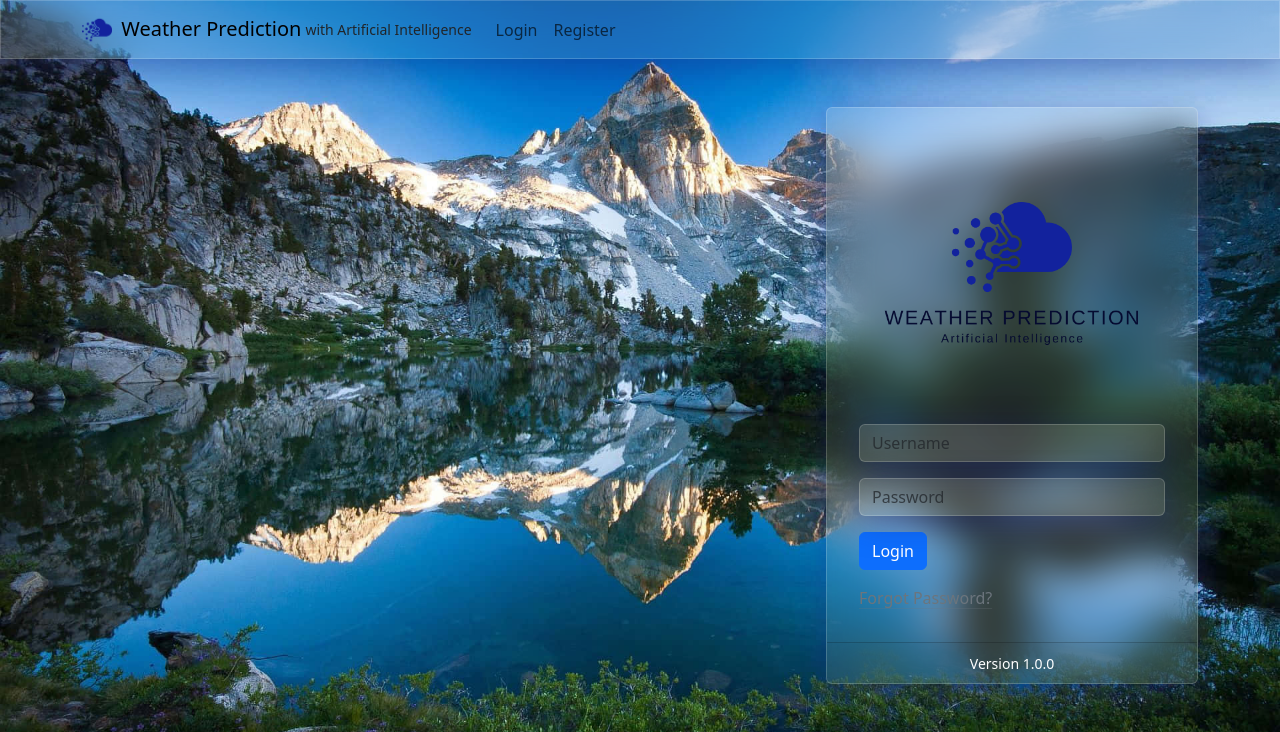
Repository: rustycoder/weather_prediction
Page: http://localhost/weather_admin/
An editor plug-in stored every save of this project. The page is shown before and after the next save, followed by the edit.
The browser window is 1280 px wide. The pictures show the whole page.
Backgrounds fixed to the window are drawn as part of the page. The page is served by the project's application, run on Django 5.2 (manage.py). Other server files are loaded and not shown.

Above is the page before, as saved 2025-03-03 19:36:09.

### weather_admin/templates/login.html
{% extends 'base.html' %}
{% load static %}
{% block content %}
<div class="col-md-4 offset-md-8">
    <div class="card my-5 glass">
        <div class="card-body">
            <div class="col-md-12 px-3">
                <img src="{% static 'images/logo_full.png' %}" class="rounded mx-auto d-block" width="300"
                    alt="Weather Prediction Logo">
                <form method="POST" action="{% url 'weather_admin_login' %}">
                    {% csrf_token %}
                    <div class="mb-3">
                        <input type="text" class="form-control glass" name="username" placeholder="Username" required>
                    </div>
                    <div class="mb-3">
                        <input type="password" class="form-control glass" name="password" placeholder="Password"
                            required>
                    </div>
                    <button type="submit" class="btn btn-primary">Login</button>
                    <div class="mb-3 mt-3">
                        <a href="{% url 'weather_admin_forgot_password' %}"
                            class="link-secondary link-offset-2 link-underline-opacity-25 link-underline-opacity-100-hover">Forgot
                            Password?</a>
                    </div>
                </form>
            </div>
        </div>
        <div class="card-footer text-body-secondary text-center">
            <small class="text-white">Version 1.0.0</small>
        </div>
    </div>
</div>
{% endblock %}

### weather_admin/templates/base.html
<!doctype html>
<html lang="en">

<head>
    <meta charset="utf-8">
    <meta name="viewport" content="width=device-width, initial-scale=1">
    <title>Weather Prediction</title>
    <link href="https://cdn.jsdelivr.net/npm/bootstrap@5.3.3/dist/css/bootstrap.min.css" rel="stylesheet"
        integrity="sha384-QWTKZyjpPEjISv5WaRU9OFeRpok6YctnYmDr5pNlyT2bRjXh0JMhjY6hW+ALEwIH" crossorigin="anonymous">
    {% load static %}
    <link rel="stylesheet" href="{% static 'css/style.css' %}" type="text/css">
    <link rel="icon" href="{% static 'images/logo_fav.ico' %}" type="image/x-icon">
</head>

<body class="beautiful_bg">
    {% include 'navbar.html' %}
    <div class="container">
        {% if messages %}
        {% for message in messages %}
        <div class="alert alert-warning alert-dismissible fade show mt-5" role="alert">
            <strong>Hey!</strong> {{message}}
            <button type="button" class="btn-close" data-bs-dismiss="alert" aria-label="Close"></button>
        </div>
        {% endfor %}
        {% endif %}
        {% block content %}
        {% endblock %}
    </div>
    <script src="https://cdn.jsdelivr.net/npm/bootstrap@5.3.3/dist/js/bootstrap.bundle.min.js"
        integrity="sha384-YvpcrYf0tY3lHB60NNkmXc5s9fDVZLESaAA55NDzOxhy9GkcIdslK1eN7N6jIeHz"
        crossorigin="anonymous"></script>
</body>

</html>

### weather_admin/templates/navbar.html
{% load static %}
<nav class="navbar navbar-expand-lg sticky-top glass">
    <div class="container">
        <a class="navbar-brand me-1" href="{% url 'weather_admin_dashboard' %}">
            <img src="{% static 'images/logo.png' %}" alt="Weather Prediction Logo" height="30"
                class="d-inline-block align-text-top me-1">
            Weather Prediction
        </a>
        <small class="fw-lighter mb-0 me-3 align-bottom">with Artificial Intelligence</small>
        <button class="navbar-toggler" type="button" data-bs-toggle="collapse" data-bs-target="#navbarSupportedContent"
            aria-controls="navbarSupportedContent" aria-expanded="false" aria-label="Toggle navigation">
            <span class="navbar-toggler-icon"></span>
        </button>
        <div class="collapse navbar-collapse" id="navbarSupportedContent">
            {% if user.is_authenticated %}
            <ul class="navbar-nav me-auto mb-2 mb-lg-0">
                <li class="nav-item"><a class="nav-link" href="{% url 'weather_admin_dashboard' %}">Dashboard</a></li>
                <li class="nav-item dropdown">
                    <a class="nav-link dropdown-toggle" href="#" role="button" data-bs-toggle="dropdown"
                        aria-expanded="false">
                        Weather
                    </a>
                    <ul class="dropdown-menu">
                        <li><a class="dropdown-item" href="{% url 'weather_admin_weather_realtime' %}">Realtime</a></li>
                        <li><a class="dropdown-item" href="{% url 'weather_admin_weather_forecast' %}">Forecast</a></li>
                        <li>
                            <hr class="dropdown-divider">
                        </li>
                        <li><a class="dropdown-item" href="{% url 'weather_admin_weather_prediction' %}">Prediction</a>
                        </li>
                    </ul>
                </li>
                <li class="nav-item dropdown">
                    <a class="nav-link dropdown-toggle" href="#" role="button" data-bs-toggle="dropdown"
                        aria-expanded="false">
                        Air Pollution
                    </a>
                    <ul class="dropdown-menu">
                        <li><a class="dropdown-item"
                                href="{% url 'weather_admin_air_pollution_realtime' %}">Realtime</a></li>
                        <li><a class="dropdown-item"
                                href="{% url 'weather_admin_air_pollution_forecast' %}">Forecast</a></li>
                    </ul>
                </li>
                <li class="nav-item"><a class="nav-link" href="{% url 'weather_admin_profile' %}">Profile</a></li>
                <li class="nav-item"><a class="nav-link" href="{% url 'weather_admin_logout' %}">Logout</a></li>
            </ul>
            <form class="d-flex" role="search" method="POST" , action="{% url 'weather_admin_search' %}">
                {% csrf_token %}
                <input class="form-control me-2" type="search" placeholder="City, State" aria-label="Search"
                    name="location">
                <button class="btn btn-outline-success" type="submit">Search</button>
            </form>
            {% else %}
            <ul class="navbar-nav me-auto mb-2 mb-lg-0">
                <li class="nav-item"><a class="nav-link" href="{% url 'weather_admin_login' %}">Login</a></li>
                <li class="nav-item"><a class="nav-link" href="{% url 'weather_admin_register' %}">Register</a></li>
            </ul>
            {% endif %}
        </div>
    </div>
</nav>

### weather_admin/views.py
from django.shortcuts import redirect, render
from django.template import loader
from django.http import HttpResponse
from django.contrib.auth import authenticate, login, logout
from django.contrib import messages
from django.core.mail import send_mail
from django.contrib.auth.models import User

from weather_prediction.settings import EMAIL_HOST_USER

from .service.OpenWeatherService import OpenWeatherService
from .service.WeatherPredictionService import WeatherPredictionService
from .forms import SignUpForm, ProfileForm
from .models import Profile

from loguru import logger

import random


def admin_dashboard(request):
    if request.user.is_authenticated:
        current_user = User.objects.get(username=request.user)
        current_profile = Profile.objects.get(user=current_user)

        open_weather_service = OpenWeatherService()
        weather_data, error_message = open_weather_service.current_weather_data(27.7172, 85.3240)
        logger.debug(weather_data)

        weather_prediction_service = WeatherPredictionService()
        temperature = weather_data['main']['temp']
        humidity = weather_data['main']['humidity']
        pressure = weather_data['main']['pressure']
        predicted_weather_main = weather_prediction_service.predict_weather_main(
            temperature=temperature,
            humidity=humidity,
            pressure=pressure
        )
        logger.debug(predicted_weather_main)

        open_weather_service = OpenWeatherService()
        air_pollution_data, error_message = open_weather_service.current_air_pollution_data(27.7172, 85.3240)
        logger.debug(air_pollution_data)

        return render(request, 'dashboard.html', {'current_user':current_user, 'current_profile':current_profile, 'weather_data':weather_data, 'air_pollution_data':air_pollution_data, 'predicted_weather_main':predicted_weather_main})
    else:
        return render(request, 'login.html', {})


def admin_search(request):
    if request.user.is_authenticated:
        if request.method == 'POST':
            location = request.POST['location']
            logger.debug(location)
            if len(location)!=0:
                logger.debug("Location found")
                open_weather_service = OpenWeatherService()
                weather_data, error_message = open_weather_service.current_weather_search(location=location)
                logger.debug(weather_data)
                messages.success(request, f"Weather overview for {location}.")
                return render(request, 'search.html', {'weather_data':weather_data, 'location':location})
            logg
        else:
            redirect('weather_admin_dashboard')

    return render(request, 'login.html', {})

def profile(request):
    if request.user.is_authenticated:
        current_user = User.objects.get(username=request.user)
        current_profile = Profile.objects.get(user=current_user)
        return render(request, 'profile.html', {'current_user':current_user, 'current_profile':current_profile})
    else:
        return render(request, 'login.html', {})



def weather_realtime(request):
    if request.user.is_authenticated:
        open_weather_service = OpenWeatherService()
        weather_data, error_message = open_weather_service.current_weather_data(27.7172, 85.3240)
        logger.debug(weather_data)
        return render(request, 'weather_realtime.html', {'weather_data':weather_data})
    else:
        return render(request, 'login.html', {})



def air_pollution_realtime(request):
    if request.user.is_authenticated:
        open_weather_service = OpenWeatherService()
        air_pollution_data, error_message = open_weather_service.current_air_pollution_data(27.7172, 85.3240)
        logger.debug(air_pollution_data)
        return render(request, 'air_pollution_realtime.html', {'air_pollution_data':air_pollution_data})
    else:
        return render(request, 'login.html', {})



def weather_forecast(request):
    if request.user.is_authenticated:
        open_weather_service = OpenWeatherService()
        weather_forecast, error_message = open_weather_service.five_day_weather_forecast(27.7172, 85.3240)
        logger.debug(weather_forecast)
        return render(request, 'weather_forecast.html', {'weather_forecast':weather_forecast})
    else:
        return render(request, 'login.html', {})



def air_pollution_forecast(request):
    if request.user.is_authenticated:
        open_weather_service = OpenWeatherService()
        air_pollution_forecast, error_message = open_weather_service.forecast_air_pollution_data(27.7172, 85.3240)
        logger.debug(air_pollution_forecast)
        return render(request, 'air_pollution_forecast.html', {'air_pollution_forecast':air_pollution_forecast})
    else:
        return render(request, 'login.html', {})



def weather_prediction(request):
    if request.user.is_authenticated:
        open_weather_service = OpenWeatherService()
        weather_data, error_message = open_weather_service.current_weather_data(27.7172, 85.3240)

        weather_prediction_service = WeatherPredictionService()
        temperature = weather_data['main']['temp']
        humidity = weather_data['main']['humidity']
        pressure = weather_data['main']['pressure']
        predicted_weather_main = weather_prediction_service.predict_weather_main(
            temperature=temperature,
            humidity=humidity,
            pressure=pressure
        )

        logger.debug(weather_data)
        return render(request, 'weather_prediction.html', {'temperature':temperature, 'humidity':humidity, 'pressure':pressure, 'predicted_weather_main':predicted_weather_main})
    else:
        return render(request, 'login.html', {})
''


def admin_login(request):
    if request.user.is_authenticated:
        messages.success(request, "You have been logged in.")
        return redirect('weather_admin_dashboard')
    else:
        if request.method == 'POST':
            username = request.POST['username']
            password = request.POST['password']
            user = authenticate(request=request, username=username, password=password)
            if user is not None:
                login(request, user)
                messages.success(request, "You have been logged in.")
                return redirect('weather_admin_dashboard')
            else:
                messages.success(request, "There was an error. Please, try again.")
                return render(request, 'login.html', {})
        else:
            return render(request, 'login.html', {})



def admin_register(request):
    if request.user.is_authenticated:
        messages.success(request, "You have been logged in.")
        return redirect('weather_admin_dashboard')
    else:
        if request.method == 'POST':
            form = SignUpForm(request.POST)
            if form.is_valid():
                form.save()
                # Authenticate and login
                username = form.cleaned_data['username']
                password = form.cleaned_data['password1']
                user = authenticate(username=username, password=password)
                logger.debug(user)
                login(request, user)
                current_user = User.objects.get(username=user)
                current_profile = Profile()
                logger.debug(current_profile)
                current_profile.otp = random.randint(1000000, 9999999)
                current_profile.user = current_user
                current_profile.save()
                messages.success(request, "You Have Successfully Registered! Welcome!")
                return redirect('weather_admin_dashboard')
        else:
            form = SignUpForm()
            return render(request, 'register.html', {'form':form})
    return render(request, 'register.html', {'form':form})



def profile_update(request):
    if request.user.is_authenticated:
        current_user = User.objects.get(username=request.user)
        current_profile = Profile.objects.get(user=current_user)
        if request.method == 'GET':
            form = ProfileForm(instance=current_profile)
            return render(request, 'profile_update.html', {'form':form})
        elif request.method == 'POST':
            form = ProfileForm(request.POST)
            if form.is_valid():
                current_profile.phone = form.cleaned_data['phone']
                current_profile.address = form.cleaned_data['address']
                current_profile.city = form.cleaned_data['city']
                current_profile.state = form.cleaned_data['state']
                current_profile.zipcode = form.cleaned_data['zipcode']
                current_profile.save()
                messages.success(request, "You Have Successfully Updated Your Profile.")
                return redirect('weather_admin_profile')
            else:
                return render(request, 'profile_update.html', {'form':form})
    else:
        return render(request, 'login.html', {})



def admin_logout(request):
    logout(request)
    messages.success(request, "You have logged out.")
    return redirect('weather_admin_login')



def admin_forgot_password(request):
    if request.user.is_authenticated:
        messages.success(request, "You have been logged in.")
        return redirect('weather_admin_dashboard')
    else:
        if request.method == 'POST':
            email = request.POST['email']
            if User.objects.filter(email=email).exists():
                # TODO Send Email
                user = User.objects.get(email=email)
                profile = Profile.objects.get(user=user)
                send_mail(
                    "Reset your password : Weather Prediction Application",
                    f"Hey {user}, want to reset password. Click on the link http://127.0.0.1:8000/weather_admin/reset_password?username={user}&otp={profile.otp}",
                    EMAIL_HOST_USER,
                    [email],
                    fail_silently=False,
                )
                messages.success(request, f"Reset password link has been sent to your {email}.")
                return render(request, 'forgot_password.html', {})
            else:
                messages.success(request, f"{email} does not exist.")
                return render(request, 'forgot_password.html', {})
        else:
            return render(request, 'forgot_password.html', {})



def admin_reset_password(request):
    if request.user.is_authenticated:
        messages.success(request, "You have been logged in.")
        return redirect('weather_admin_dashboard')
    else:
        if request.method == 'GET':
            username = request.GET['username']
            otp = request.GET['otp']
            return render(request, 'reset_password.html', {'username':username, 'otp':otp})
        elif request.method == 'POST':
            username = request.POST['username']
            otp = request.POST['otp']
            password1 = request.POST['password1']
            password2 = request.POST['password2']
            if password1 == password2:
                if User.objects.filter(username=username).exists():
                    db_user = User.objects.get(username=username)
                    db_profile = Profile.objects.get(user=db_user)
                    if db_profile.otp == otp:
                        db_user.set_password(password1)
                        db_user.save()
                        messages.success(request, f"Password has been reset. Try to login with new password")
                        return redirect('weather_admin_login')
                    else:
                        messages.success(request, f"Password do not match. Try again")
                        return render(request, 'reset_password.html', {'username':username, 'otp':otp})
            else:
                messages.success(request, f"Password do not match. Try again")
                return render(request, 'reset_password.html', {'username':username, 'otp':otp})
        else:
            return redirect('weather_admin_login')

### weather_prediction/urls.py
"""
URL configuration for weather_prediction project.

The `urlpatterns` list routes URLs to views. For more information please see:
    https://docs.djangoproject.com/en/5.1/topics/http/urls/
Examples:
Function views
    1. Add an import:  from my_app import views
    2. Add a URL to urlpatterns:  path('', views.home, name='home')
Class-based views
    1. Add an import:  from other_app.views import Home
    2. Add a URL to urlpatterns:  path('', Home.as_view(), name='home')
Including another URLconf
    1. Import the include() function: from django.urls import include, path
    2. Add a URL to urlpatterns:  path('blog/', include('blog.urls'))
"""
from django.contrib import admin
from django.urls import path, include

urlpatterns = [
    path('admin/', admin.site.urls),
    path('weather_admin/', include('weather_admin.urls')),
]

### weather_admin/urls.py
from django.urls import path
from . import views

urlpatterns = [
    path('', views.admin_dashboard, name='weather_admin_dashboard'),
    path('search', views.admin_search, name='weather_admin_search'),
    path('login', views.admin_login, name='weather_admin_login'),
    path('register', views.admin_register, name='weather_admin_register'),
    path('logout', views.admin_logout, name='weather_admin_logout'),
    path('forgot_password', views.admin_forgot_password, name='weather_admin_forgot_password'),
    path('reset_password', views.admin_reset_password, name='weather_admin_reset_password'),

    path('profile', views.profile, name='weather_admin_profile'),
    path('update_profile', views.profile_update, name='weather_admin_profile_update'),

    path('weather_realtime', views.weather_realtime, name='weather_admin_weather_realtime'),
    path('weather_forecast', views.weather_forecast, name='weather_admin_weather_forecast'),
    path('weather_prediction', views.weather_prediction, name='weather_admin_weather_prediction'),

    path('air_pollution_realtime', views.air_pollution_realtime, name='weather_admin_air_pollution_realtime'),
    path('air_pollution_forecast', views.air_pollution_forecast, name='weather_admin_air_pollution_forecast'),

]

### weather_admin/static/css/style.css
.bd-callout {
    --bs-link-color-rgb: var(--bd-callout-link);
    --bs-code-color: var(--bd-callout-code-color);
    padding: 1.25rem;
    margin-top: 1.25rem;
    margin-bottom: 1.25rem;
    color: var(--bd-callout-color, inherit);
    background-color: var(--bd-callout-bg, var(--bs-gray-100));
    border-left: 0.25rem solid var(--bd-callout-border, var(--bs-gray-300));
}

.bd-callout-info {
    --bd-callout-color: var(--bs-info-text-emphasis);
    --bd-callout-bg: var(--bs-info-bg-subtle);
    --bd-callout-border: var(--bs-info-border-subtle);
}
.bd-callout {
    --bs-link-color-rgb: var(--bd-callout-link);
    --bs-code-color: var(--bd-callout-code-color);
    padding: 1.25rem;
    margin-top: 1.25rem;
    margin-bottom: 1.25rem;
    color: var(--bd-callout-color, inherit);
    background-color: var(--bd-callout-bg, var(--bs-gray-100));
    border-left: 0.25rem solid var(--bd-callout-border, var(--bs-gray-300));
}

.bd-callout-info {
    --bd-callout-color: var(--bs-info-text-emphasis);
    --bd-callout-bg: var(--bs-info-bg-subtle);
    --bd-callout-border: var(--bs-info-border-subtle);
}
.glass {
    background: rgba( 255, 255, 255, 0.1 );
    box-shadow: 0 8px 32px 0 rgba( 31, 38, 135, 0.37 );
    backdrop-filter: blur( 20px );
    -webkit-backdrop-filter: blur( 20px );
    border: 1px solid rgba( 255, 255, 255, 0.18 );
}

.beautiful_bg {
    background-image: url('../images/beautiful_bg.jpg');
    background-repeat: no-repeat;
    background-attachment: fixed;
    background-size: cover;
}

After the next save:
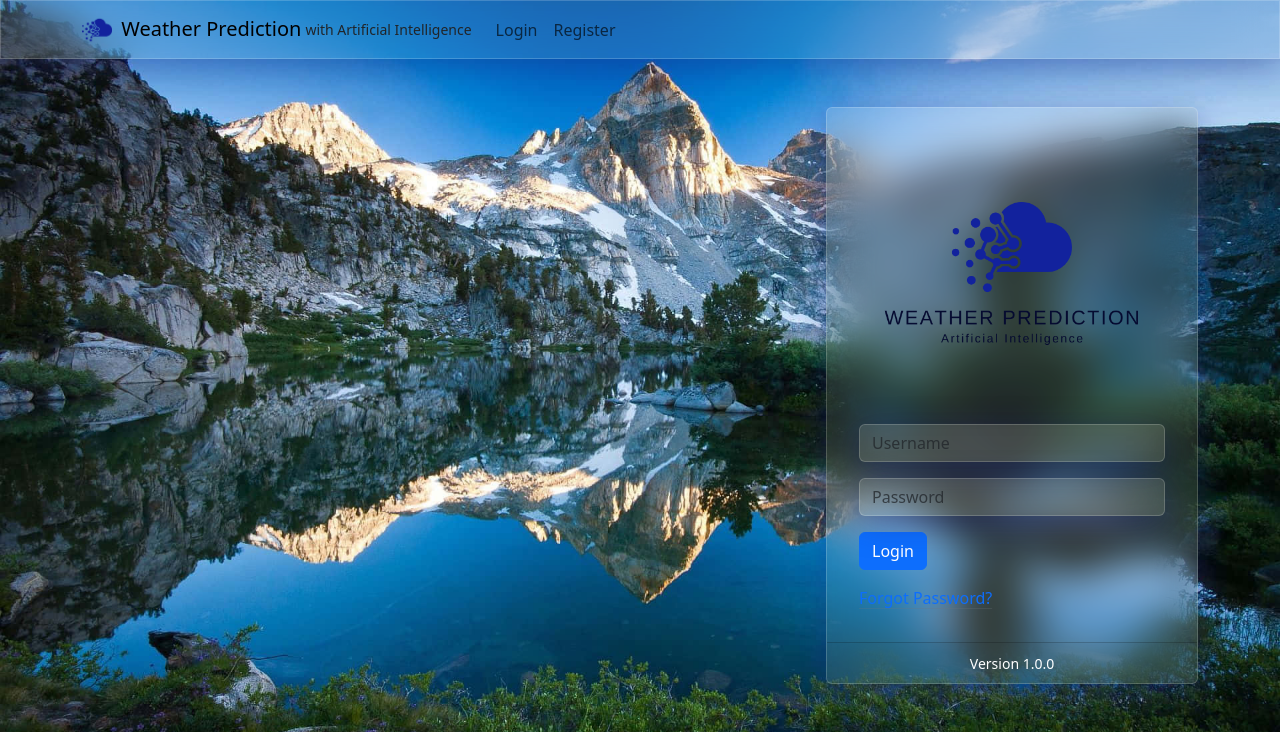
Saved 39 s later.
--- a/weather_admin/templates/login.html
+++ b/weather_admin/templates/login.html
@@ -19,7 +19,7 @@
                     <button type="submit" class="btn btn-primary">Login</button>
                     <div class="mb-3 mt-3">
                         <a href="{% url 'weather_admin_forgot_password' %}"
-                            class="link-secondary link-offset-2 link-underline-opacity-25 link-underline-opacity-100-hover">Forgot
+                            class="link-secondary link-offset-2 link-underline-opacity-25 link-underline-opacity-100-hover text-primary">Forgot
                             Password?</a>
                     </div>
                 </form>
